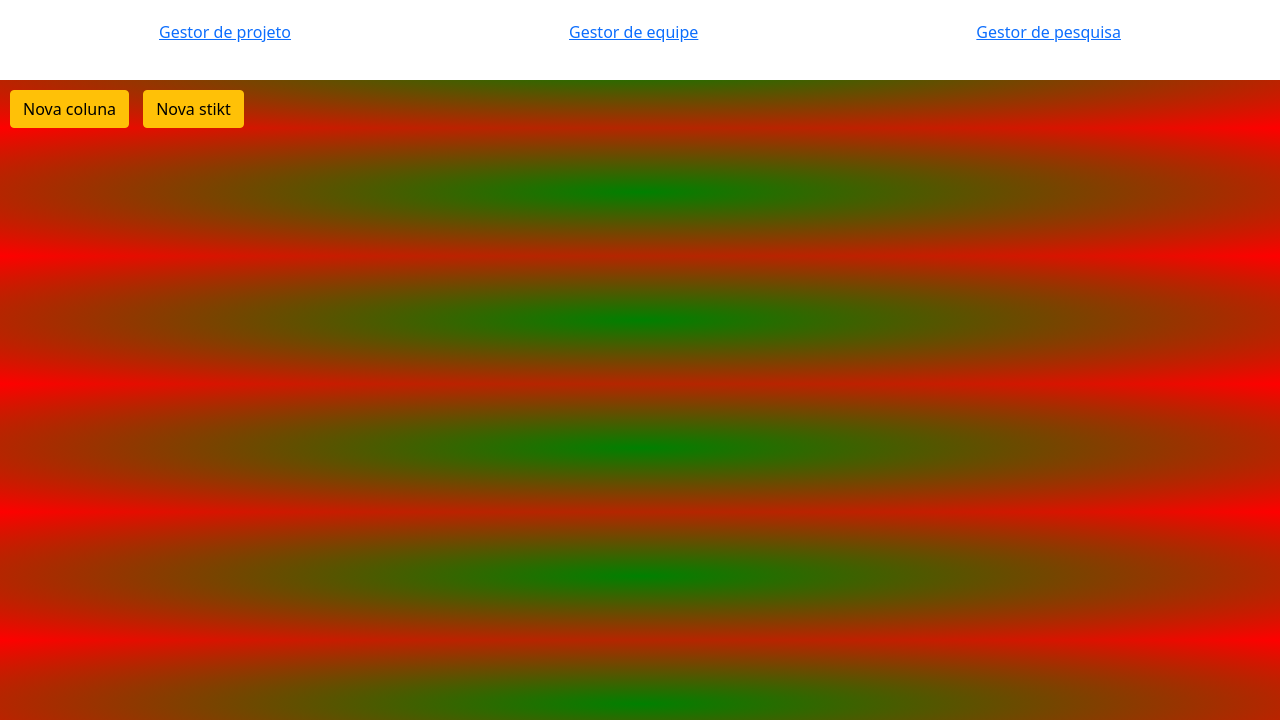
Repository: shadowruge/kanban
Page: index.html
An editor plug-in stored every save of this project. The page is shown before and after a run of saves, followed by the edit.
The browser window is 1280 px wide. The pictures show the whole page.

Above is the page before, as saved 2021-06-12 19:32:34.

### index.html
<!DOCTYPE html>
<html lang="en">
  <head>
    <meta charset="UTF-8" />
    <meta http-equiv="X-UA-Compatible" content="IE=edge" />
    <meta name="viewport" content="width=device-width, initial-scale=1.0" />
    <script src="https://cdn.jsdelivr.net/npm/@popperjs/core@2.9.2/dist/umd/popper.min.js" integrity="sha384-IQsoLXl5PILFhosVNubq5LC7Qb9DXgDA9i+tQ8Zj3iwWAwPtgFTxbJ8NT4GN1R8p" crossorigin="anonymous"></script>
<script src="https://cdn.jsdelivr.net/npm/bootstrap@5.0.1/dist/js/bootstrap.min.js" integrity="sha384-Atwg2Pkwv9vp0ygtn1JAojH0nYbwNJLPhwyoVbhoPwBhjQPR5VtM2+xf0Uwh9KtT" crossorigin="anonymous"></script>

    <script src="https://cdn.jsdelivr.net/npm/bootstrap@5.0.1/dist/js/bootstrap.bundle.min.js" integrity="sha384-gtEjrD/SeCtmISkJkNUaaKMoLD0//ElJ19smozuHV6z3Iehds+3Ulb9Bn9Plx0x4" crossorigin="anonymous"></script>
    <link href="https://cdn.jsdelivr.net/npm/bootstrap@5.0.1/dist/css/bootstrap.min.css" rel="stylesheet" integrity="sha384-+0n0xVW2eSR5OomGNYDnhzAbDsOXxcvSN1TPprVMTNDbiYZCxYbOOl7+AMvyTG2x" crossorigin="anonymous">
    <link rel="stylesheet" href="style.css" />
    <script src="index.js"></script>
    <title id="Description">Shadow Kanban</title>
  </head>

  <header>
    <nav class="nav">
      <p><a href="#">Gestor de projeto</a></p>
      <p><a href="#">Gestor de equipe</a></p>
      <p><a href="#">Gestor de pesquisa</a></p>
    </nav>
  </header>

  <body>

    <!--botão-->

    <button type="button" class="btn btn-warning">Nova coluna</button>

    <button type="button" class="btn btn-warning">Nova stikt</button>
    <div class="Linha" style="width:600px;">
      <!-- RECEBE DIVS DINAMICAS -->
      </div>
  </body>
  <script>

  </script>
</html>

### style.css
* {
  margin: 0;
  padding: 0;
  border: 0;
}

header{
  background-color:white;
}

body{

 background-image: linear-gradient(180deg, green, red);

 background-image: radial-gradient(green, red);

}

#kanban {

  width: 97%;
  color: white;
  text-align: center;
  display: flex;
  flex-wrap: wrap;
}

.nav {

  padding: 20px;
  display: flex;
  justify-content: space-around;
  flex-wrap: wrap;
}

.ideias,
.pesquisa,
.progresso,
.testes,
.pronto {
  margin-top: 5px;
  margin-left: auto;
}

.membros,
.membros-lideres {
  margin-left: 150px;
}

.d-flex {
  display: flex !important;
}

.flex-column {
  flex-direction: column !important;
}

.board {
  padding: 20px;
}

.board-column {
  margin-left: 20px;
}

.column-body {
  margin-top: 2em;
}

.card textarea {
  resize: none;
}

.sticker {
  width: 180px;
  height: 180px;
  }

  button {
  margin-top: 10px;
  margin-left: 10px;
  }

### index.js
function dragStartHandler(ev) {
  ev.dataTransfer.setData("application/my-app", ev.target.id);
  ev.dataTransfer.effectAllowed = "move";
}

function dragCardStart(e) {
  console.log(e);
}

function dragOvertHandler(ev) {
  ev.preventDefault();
  ev.dataTransfer.dropEffect = "move";
}

function dropHandler(ev) {
  ev.preventDefault();
  const data = ev.dataTransfer.getData("application/my-app");
  ev.target.appendChild(document.getElementById(data));
}

function handleInputKeys({ key }) {
  switch (key) {
    case "Enter":
      break;

    default:
      break;
  }
}

const onInputClick = (e) => {
  e.preventDefault();
  e.stopPropagation();
  e.target.disabled = false;
  e.target.focus();
};

const onInputLostFocus = (e) => {
  console.log(e);
  e.target.disabled = true;
};

function addNewCard(e) {
  //   console.log(e);
  //   console.log(column);
  //   console.log(body);
  //   console.log(body.children);
  //   console.log(body.children[0].getAttributeNames());
  const [, , , column] = e.path;
  const [, body] = column.children;
  const addButton = body.children[body.children.length - 1];
  const card = document.createElement("div");
  const input = document.createElement("textarea");
  input.cols = 30;
  input.rows = 10;
  input.disabled = true;
  card.appendChild(input);
  card.classList.add("card");
  card.draggable = "true";
  card.addEventListener("click", onInputClick);
  card.addEventListener("focusout", onInputLostFocus);
  card.addEventListener("dragstart", dragCardStart);
  body.removeChild(addButton);
  body.appendChild(card);
  body.appendChild(addButton);
}

After the next 3 saves:
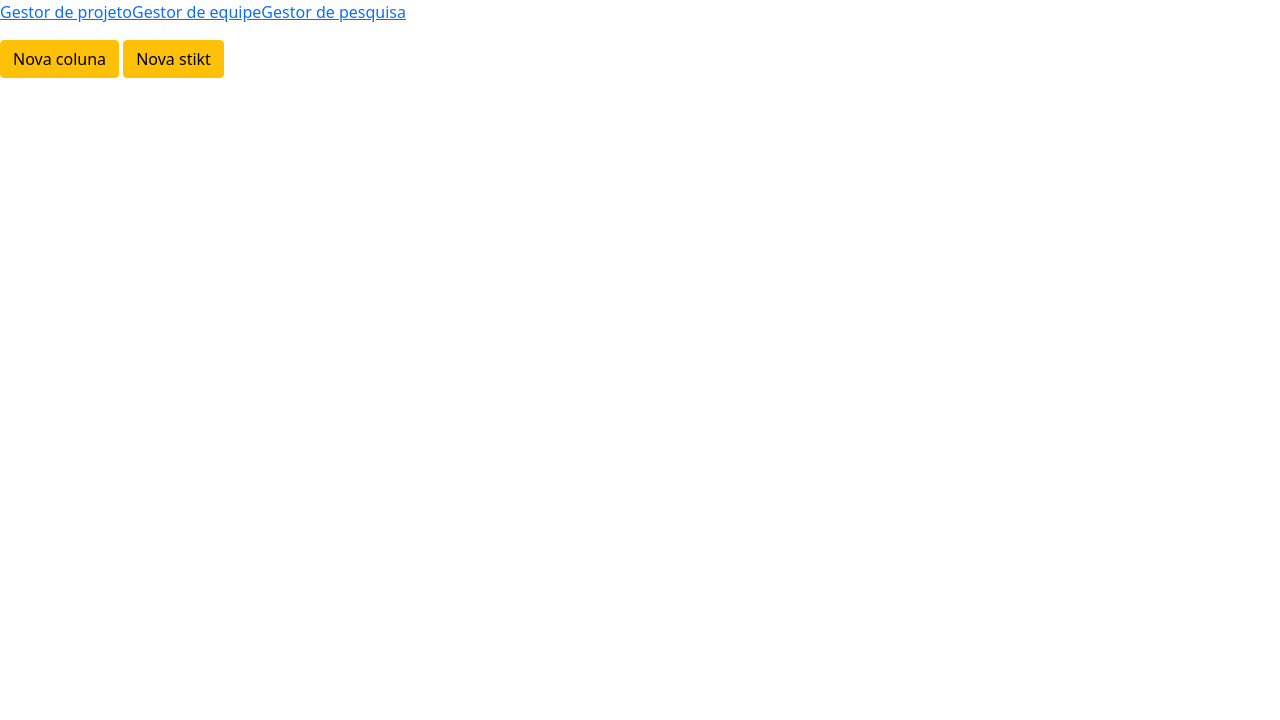
The 3 saves are shown as one change because they came seconds apart.
The last was saved 14 s later.
--- a/style.css
+++ b/style.css
@@ -10,7 +10,7 @@
 
 body{
 
- background-image: linear-gradient(180deg, green, red);
+ background-image: linear-gradient(180deg, green, ye;
 
  background-image: radial-gradient(green, red);
 

After the 3 saves that followed:
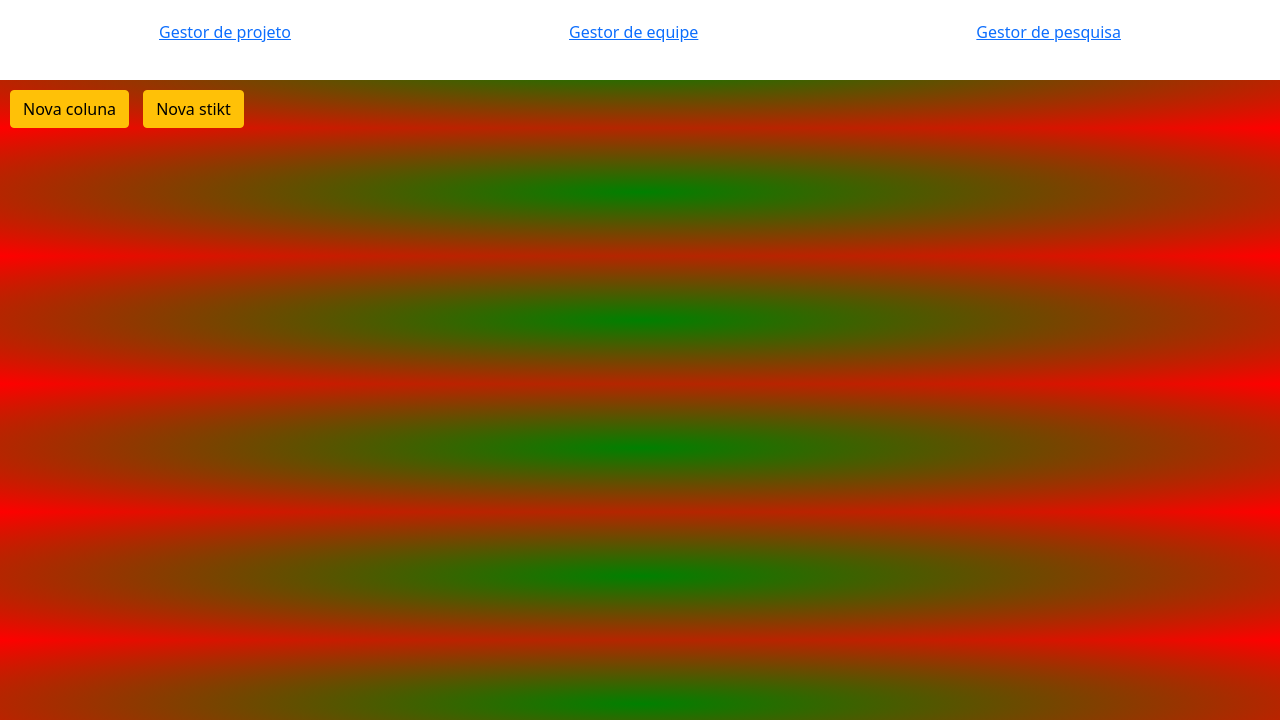
The 3 saves are shown as one change because 1 left the picture as it was and some came seconds apart.
The last was saved 17 s later.
--- a/style.css
+++ b/style.css
@@ -10,7 +10,7 @@
 
 body{
 
- background-image: linear-gradient(180deg, green, ye;
+ background-image: linear-gradient(180deg, green, yellow);
 
  background-image: radial-gradient(green, red);
 
